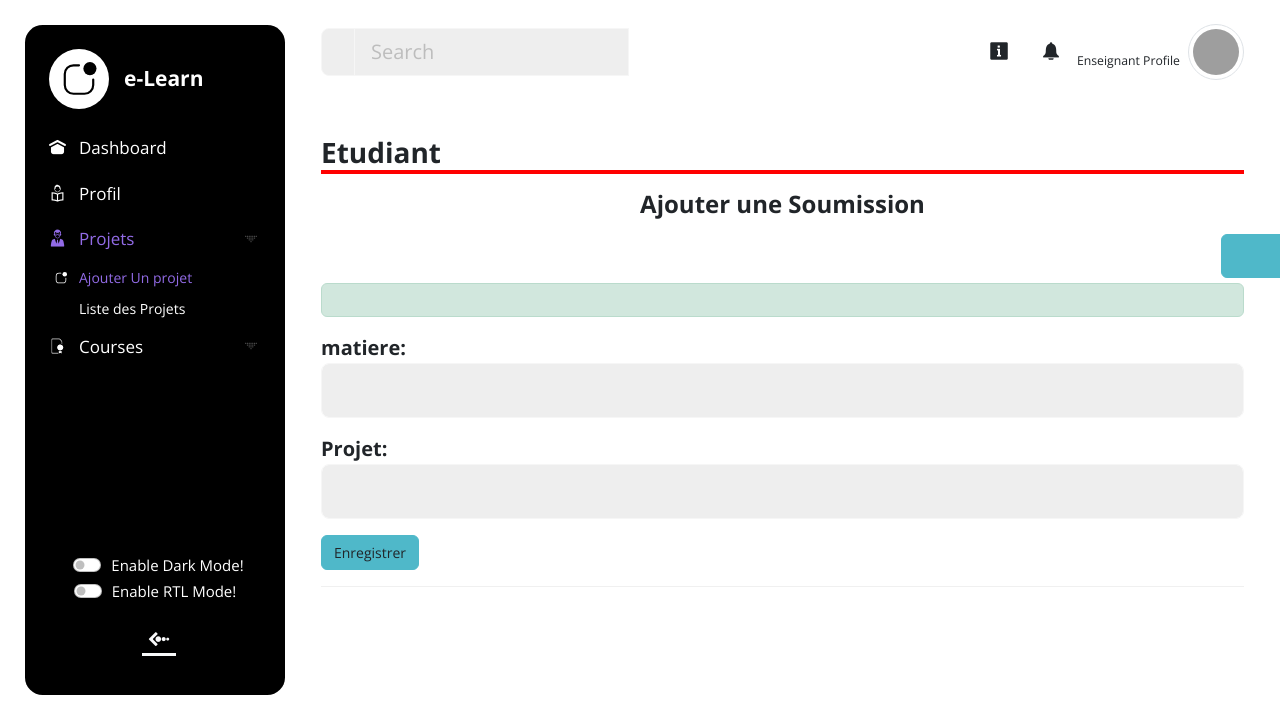
Repository: dimitri0004/Moodle
Page: http://localhost/Etudiant/soumission/ajouter
The author's editor kept a copy of each file at every save. The page is drawn from the files as they stood at one save, then again after the next save.
The browser window is 1280 px wide. The pictures show the whole page.
Pictures or frames that could not be fetched are drawn as grey boxes. Some icons come from a web library that is not loaded, so they are not drawn. The page is served by the project's application, run on Django 4.2 (manage.py). The first stored user is signed in. Other server files are loaded and not shown. The database holds what the project's SQL file puts in it.

Above is the page before, as saved 2023-08-21 04:49:48.
Console error: TypeError: Cannot set properties of null (setting 'innerHTML')

### templates/Etudiant/soumission/ajouter.html
{% extends "base.html" %}
{% block content %}
<!DOCTYPE html>
<html lang="en">
<head>
    <meta charset="UTF-8">
    <title>Soumission du Projet</title>
</head>
<body>
    <div class="body d-flex py-lg-3 py-md-2">
        <div class="container-xxl">
            <div class="row">
                <div class="col-md-12">
                    <div class="card border-0 mb-4 no-bg">
                        <div class="card-header py-3 px-0  align-items-center  justify-content-between border-bottom">
                            <h3 class=" fw-bold flex-fill mb-3" style="border-bottom: 4px solid red; ">Etudiant</h3>
                            <h4 class="fw-bold flex-fill mb-3" style="text-align: center; " >Ajouter une Soumission</h4>
                            <a href="{% url 'liste_projet' %}" style="width: 250px; margin-left:900px;margin-bottom:5px" class="btn btn-info"><strong style="font-size: 20px; ">Listes Projets</a>
                            <p class="alert alert-success">{{ message }}</p>
                            <form method="post"   enctype="multipart/form-data">
                                {% csrf_token %}
                                <div class="col-12">
                                    <div class="mb-2">
                                    {{ form.as_p }}
                                    </div>
                                </div>
                                <button type="submit" class="btn btn-info">Enregistrer</button>
                            </form>
                       </div>
                    </div>
                </div>
            </div>
        </div>
    </div>
</body>
</html>


{% endblock %}

### templates/base.html
{% load static %}
<!DOCTYPE html>
<html lang="en">
<head>
    <meta charset="UTF-8">
    <meta name="viewport" content="width=device-width, initial-scale=1.0">
    <title>Document</title>

    <link rel="icon" href="favicon.ico" type="image/x-icon"> <!-- Favicon-->

    <!-- plugin css file  -->
    <link rel="stylesheet" href="{% static 'assets/css/carousel.min.css' %}" />
    <!-- project css file  -->
    <link rel="stylesheet" href="{% static 'assets/css/e-learn.style.min.css' %}">
    <!-- Google Code  -->
    <script async src="https://www.googletagmanager.com/gtag/js?id=UA-264428387-1"></script>
    <script>
      window.dataLayer = window.dataLayer || [];
      function gtag(){dataLayer.push(arguments);}
      gtag('js', new Date());

      gtag('config', 'UA-264428387-1');
    </script>

    <script src="{% static 'assets/bundles/libscripts.bundle.js' %}"></script>

    <!-- Plugin Js-->
    <script src="{% static 'assets/bundles/carousel.bundle.js' %}"></script>
    <script src="{% static 'assets/bundles/apexcharts.bundle.js' %}"></script>

    <!-- Jquery Page Js -->
    <script src="{% static 'js/template.js' %}"></script>
    <script src="{% static 'js/page/elearn-index.js' %}"></script>
</head>
<body>

    {% if user.is_authenticated %}
      {% if user.role == "Administrateur" %}
        {% include "_partiels/navAdministrateur.html" %}
      {% elif user.role == "Enseignant" %}
        {% include "_partiels/nav.html" %}
      {% else %}
        {% include "_partiels/nav.html" %}
      {% endif %}


    {% endif %}





    {% block content %}{% endblock %}
</body>
</html>

### AppEcole/models.py
from django.db import models
from django.contrib.auth.models import AbstractUser
class User(AbstractUser):
    ETUDIANT= " ETUDIANT"
    ENSEIGNANT="ENSEIGNANT"
    ADMINISTRATEUR=" ADMINISTRATEUR"

    ROLE_CHOICES = (
        (ETUDIANT, 'Etudiant'),
        (ENSEIGNANT, 'Enseignant'),
        (ADMINISTRATEUR, 'Administrateur'),
    )

    role = models.CharField(max_length=30, choices=ROLE_CHOICES, verbose_name='Rôle')
    birthdate = models.DateField(null=True, blank=False)
    identifiant = models.CharField(max_length=20, null=True, blank=False)
    profil = models.ImageField( upload_to='projets', height_field=None, width_field=None, max_length=None, default="12.png", blank=True)

    def __str__(self):
        return self.username

class Devoir(models.Model):

    STATUT_CHOICES = [
        ('en_cours', 'En cours'),
        ('soumis', 'Soumis'),
        ('corrigé', 'Corrige'),
        ('traité', 'Traite'),
        ('archivé', 'Archivé'),
    ]
    intitule=models.CharField(max_length=255)
    matiere=models.CharField(max_length=255)
    statut = models.CharField(max_length=20, choices=STATUT_CHOICES)
    projet = models.FileField(upload_to='projets')


    def __str__(self):
        return self.intitule


# Create your models here.

### Etudiant/forms.py
from django import forms
from .models import Soumission
from AppEcole.models import User

class SoumissionForm(forms.ModelForm):
    matiere = forms.CharField(label='matiere', widget=forms.TextInput(attrs={
        'class': 'form-control form-control-lg'
    }))
    projet = forms.CharField(label='Projet', widget=forms.TextInput(attrs={
        'class': 'form-control form-control-lg'
    }))


    class Meta:
        model = Soumission
        fields = ['matiere', 'projet']
        labels = {
            'matiere': 'matiere',
            'projet': 'projet',

        }

### Etudiant/models.py
from django.db import models
from django.contrib.auth import get_user_model

class Soumission(models.Model):
    matiere = models.CharField(max_length=100)
    user = models.ForeignKey(get_user_model(), on_delete=models.CASCADE)
    projet = models.FileField(upload_to='soumissions/')



    def __str__(self):
        return f"Soumission by {self.user.username} - {self.matiere}"

# Create your models here.

### Etudiant/views.py
from django.shortcuts import render, redirect
from django.contrib.auth.decorators import login_required
from .forms import SoumissionForm  #
from .models import Soumission

from AppEcole.models import Devoir

def liste_Projets(request):
    projets = Devoir.objects.filter(statut='archivé')

    return render(request, 'Etudiant/projet/index.html', {'projets': projets})

@login_required  # This decorator ensures only logged-in users can access this view
def ajouter_soumission(request):
    if request.method == 'POST':
        form = SoumissionForm(request.POST, request.FILES)
        if form.is_valid():
            soumission = form.save(commit=False)  # Create an instance but don't save to the database yet
            soumission.user = request.user  # Associate the logged-in user
            soumission.save()  # Now save the instance with the associated user
            form =SoumissionForm()  # Redirect after successful submission
    else:
        form = SoumissionForm()

    context = {'form': form}
    return render(request, 'Etudiant/soumission/ajouter.html', context)

# Create your views here.

### MoodleProject/urls.py
"""
URL configuration for MoodleProject project.

The `urlpatterns` list routes URLs to views. For more information please see:
    https://docs.djangoproject.com/en/4.2/topics/http/urls/
Examples:
Function views
    1. Add an import:  from my_app import views
    2. Add a URL to urlpatterns:  path('', views.home, name='home')
Class-based views
    1. Add an import:  from other_app.views import Home
    2. Add a URL to urlpatterns:  path('', Home.as_view(), name='home')
Including another URLconf
    1. Import the include() function: from django.urls import include, path
    2. Add a URL to urlpatterns:  path('blog/', include('blog.urls'))
"""
from django.contrib import admin
from django.urls import path,include
from django.conf import settings
from django.conf.urls.static import static


urlpatterns = [
    path('admin/', admin.site.urls),
    path('', include('AppEcole.urls')),
    path('Admin/', include('Administrateur.urls')),
    path('Etudiant/', include('Etudiant.urls')),
]
if settings.DEBUG:
    urlpatterns += static(settings.MEDIA_URL,
    document_root=settings.MEDIA_ROOT)

### AppEcole/urls.py
from django.urls import path
from .views import index, inscription, connexion,ajouter_projet,deconnexion,liste_projets,modifier_projet,supprimer_projet,afficher_profil
urlpatterns = [
    path('acceuil', index, name='acceuil'),
    path('inscription/', inscription, name='register'),
    path('', connexion, name='login'),
    path('deconnexion/', deconnexion, name='logout'),


    path('enseignant/projet/ajouter', ajouter_projet, name='ajouter_projet'),
    path('enseignant/projet/', liste_projets, name='liste_projet'),
    path('enseignant/projet/modifier/<int:id>',modifier_projet, name='modifier_projet'),
    path('enseignant/projet/supprimer/<int:id>',supprimer_projet, name='supprimer_projet'),
    path('enseignant/profil',afficher_profil, name='afficher_profil'),


]

### Administrateur/urls.py
from django.urls import path
from .views import register,liste_utilisateur,modifier_utilisateur,supprimer_utilisateur,liste_cour,ajouter_cour,modifier_cour,supprimer_cour, liste_Enseignant, liste_Etudiant
urlpatterns = [
    path('user/ajouter', register, name='inscription'),
    path('user/', liste_utilisateur, name='liste_utilisateur'),
    path('user/enseignant', liste_Enseignant, name='liste_enseignant'),
    path('user/etudiant', liste_Etudiant, name='liste_etudiant'),
    path('user/modifier/<int:id>',modifier_utilisateur, name='modifier_utilisateur'),
    path('user/supprimer/<int:id>',supprimer_utilisateur, name='supprimer_utilisateur'),
    path('cour/ajouter', ajouter_cour, name='ajouter_cour'),
    path('cour/', liste_cour, name='liste_cour'),
    path('cour/modifier/<int:id>',modifier_cour, name='modifier_cour'),
    path('cour/supprimer/<int:id>',supprimer_cour, name='supprimer_cour'),








]

### Etudiant/urls.py
from django.urls import path
from .views import liste_Projets,ajouter_soumission
urlpatterns = [
    path('projets/', liste_Projets, name='etudiants_projet'),
    path('soumission/ajouter', ajouter_soumission, name='ajouter_soumission'),








]

### static/assets/css/carousel.min.css
.owl-carousel,.owl-carousel .owl-item{-webkit-tap-highlight-color:transparent;position:relative}.owl-carousel{display:none;width:100%;z-index:1}.owl-carousel .owl-stage{position:relative;-ms-touch-action:pan-Y;-moz-backface-visibility:hidden}.owl-carousel .owl-stage:after{content:".";display:block;clear:both;visibility:hidden;line-height:0;height:0}.owl-carousel .owl-stage-outer{position:relative;overflow:hidden;-webkit-transform:translate3d(0, 0, 0)}.owl-carousel .owl-item,.owl-carousel .owl-wrapper{-webkit-backface-visibility:hidden;-moz-backface-visibility:hidden;-ms-backface-visibility:hidden;-webkit-transform:translate3d(0, 0, 0);-moz-transform:translate3d(0, 0, 0);-ms-transform:translate3d(0, 0, 0)}.owl-carousel .owl-item{min-height:1px;float:left;-webkit-backface-visibility:hidden;-webkit-touch-callout:none}.owl-carousel .owl-item img{display:block;width:100%}.owl-carousel .owl-dots.disabled,.owl-carousel .owl-nav.disabled{display:none}.no-js .owl-carousel,.owl-carousel.owl-loaded{display:block}.owl-carousel .owl-dot,.owl-carousel .owl-nav .owl-next,.owl-carousel .owl-nav .owl-prev{cursor:pointer;cursor:hand;-webkit-user-select:none;-khtml-user-select:none;-moz-user-select:none;-ms-user-select:none;user-select:none}.owl-carousel.owl-loading{opacity:0;display:block}.owl-carousel.owl-hidden{opacity:0}.owl-carousel.owl-refresh .owl-item{visibility:hidden}.owl-carousel.owl-drag .owl-item{-webkit-user-select:none;-moz-user-select:none;-ms-user-select:none;user-select:none}.owl-carousel.owl-grab{cursor:move;cursor:grab}.owl-carousel.owl-rtl{direction:rtl}.owl-carousel.owl-rtl .owl-item{float:right}.owl-carousel .animated{animation-duration:1s;animation-fill-mode:both}.owl-carousel .owl-animated-in{z-index:0}.owl-carousel .owl-animated-out{z-index:1}.owl-carousel .fadeOut{animation-name:fadeOut}@keyframes fadeOut{0%{opacity:1}100%{opacity:0}}.owl-height{transition:height .5s ease-in-out}.owl-carousel .owl-item .owl-lazy{opacity:0;transition:opacity .4s ease}.owl-carousel .owl-item img.owl-lazy{transform-style:preserve-3d}.owl-carousel .owl-video-wrapper{position:relative;height:100%;background:#000}.owl-carousel .owl-video-play-icon{position:absolute;height:80px;width:80px;left:50%;top:50%;margin-left:-40px;margin-top:-40px;background:url(owl.video.play.html) no-repeat;cursor:pointer;z-index:1;-webkit-backface-visibility:hidden;transition:transform .1s ease}.owl-carousel .owl-video-play-icon:hover{-ms-transform:scale(1.3, 1.3);transform:scale(1.3, 1.3)}.owl-carousel .owl-video-playing .owl-video-play-icon,.owl-carousel .owl-video-playing .owl-video-tn{display:none}.owl-carousel .owl-video-tn{opacity:0;height:100%;background-position:center center;background-repeat:no-repeat;background-size:contain;transition:opacity .4s ease}.owl-carousel .owl-video-frame{position:relative;z-index:1;height:100%;width:100%}

### moodle.sql (the tables this page reads)
CREATE TABLE `appecole_user` (
  `id` bigint(20) NOT NULL,
  `password` varchar(128) NOT NULL,
  `last_login` datetime(6) DEFAULT NULL,
  `is_superuser` tinyint(1) NOT NULL,
  `username` varchar(150) NOT NULL,
  `first_name` varchar(150) NOT NULL,
  `last_name` varchar(150) NOT NULL,
  `email` varchar(254) NOT NULL,
  `is_staff` tinyint(1) NOT NULL,
  `is_active` tinyint(1) NOT NULL,
  `date_joined` datetime(6) NOT NULL,
  `role` varchar(30) NOT NULL,
  `birthdate` date DEFAULT NULL,
  `identifiant` varchar(20) DEFAULT NULL,
  `profil` varchar(100) NOT NULL
) ENGINE=InnoDB DEFAULT CHARSET=utf8mb4;

INSERT INTO `appecole_user` (`id`, `password`, `last_login`, `is_superuser`, `username`, `first_name`, `last_name`, `email`, `is_staff`, `is_active`, `date_joined`, `role`, `birthdate`, `identifiant`, `profil`) VALUES
(1, 'pbkdf2_sha256$390000$iUlE0cOSgw09U2W8aK5Z6x$upZfpbMSMlbBebJmbwH24W9iJyQ7j249IScJWUpNZng=', '2023-08-20 12:30:55.787012', 1, 'Dimitri', '', '', 'dimitrihodia0@gmail.com', 1, 1, '2023-08-14 23:48:36.523526', '', NULL, NULL, '12.png'),
(8, 'pbkdf2_sha256$390000$8y96QpZnd9eLD1u3zXVrxW$N4QBGGl5ausKnXS0FMo4LEEG3r14qTcJx34v5AZYT38=', '2023-08-21 06:18:55.600830', 0, 'H6', 'HODIA', 'Essotom', 'dimitrihodiaH@gmail.com', 0, 1, '2023-08-15 20:56:28.178571', 'Etudiant', '2023-08-24', '005', '9ddd859d-fb28-4d27-b879-5b210936f2cb.jpg'),
(9, 'pbkdf2_sha256$390000$Cc4G5M1Iwp2A8LHn9JSbJe$2kxAFrXssqjUQVHn8Tt7Vj0WgvDK8gT6mngKH5AgIgw=', '2023-08-18 00:53:41.594568', 0, 'matilda', 'Essotom', 'HODIA', 'dimitrihodia4@gmail.com', 0, 1, '2023-08-18 00:47:35.444193', 'Enseignant', '2023-08-10', '005', '12.png'),
(10, 'pbkdf2_sha256$390000$s5Uf6eKg59oaYjQ2lxGvX5$MdUBHUwvav5htJXNa9LgDr7IX2VNp6kvdPilsJlOrcc=', NULL, 0, 'belinda', 'Essotom', 'HODIA', 'dimitrihodiaBe@gmail.com', 0, 1, '2023-08-18 10:53:24.918251', 'Enseignant', '2023-08-11', '002', '12.png'),
(11, 'pbkdf2_sha256$390000$f9kSRFIFFge1BZiRW1qNia$paACUMxloDPGxyrO9kKlU+YC4A6Sze0jRrPdM0KJMoY=', '2023-08-23 21:53:46.444901', 0, 'Gazelle', 'Essotom', 'HODIA', 'dimitrihodiaG@gmail.com', 0, 1, '2023-08-18 11:07:12.177203', 'Administrateur', '2023-08-11', '005', '12.png'),
(12, 'pbkdf2_sha256$390000$RKNUTbqL2mgcH8PIdwxNe6$FoDe12dH2MoO7YhLkZ3dAK6r842EC4FrnBCN8iqXEcA=', '2023-08-21 07:01:51.065759', 0, 'Badgirl', 'HODIA', 'Essotom', 'dimitrihodiaBa@gmail.com', 0, 1, '2023-08-18 11:13:50.408163', 'Enseignant', '2023-08-03', '005', '9ddd859d-fb28-4d27-b879-5b210936f2cb.jpg'),
(13, 'pbkdf2_sha256$390000$M2jj9UNcc21rFLRJNY0Z1I$iukSQYfu5lRp06jnRn0geRZfZYS3rwKcV0kUp6ISHbs=', NULL, 0, 'OGmeuf', 'Essotom', 'HODIA', 'dimitrihodiaO@gmail.com', 0, 1, '2023-08-19 01:18:58.161863', 'Enseignant', '2023-08-02', '005', '9ddd859d-fb28-4d27-b879-5b210936f2cb.jpg'),
(14, 'pbkdf2_sha256$390000$Q9Zbv0ppnYwRPYpRNKQRGw$xS6Mv4+rHNHYP+ajw2amesDDZNzqb2RwpsmaiWSu57o=', '2023-08-21 23:37:34.832535', 0, 'Abalakoma', 'HODIA', 'Essotom', 'dimitrihodiaAb@gmail.com', 0, 1, '2023-08-20 11:35:01.922322', 'Etudiant', '2023-08-24', '005', '9ddd859d-fb28-4d27-b879-5b210936f2cb.jpg'),
(15, 'pbkdf2_sha256$390000$1smpOFd4IsfyV8SkE7mT2m$UrOUivh2jMoRH6KnJdsqmkSkfhyIH9ltEkmL514qK4k=', NULL, 0, 'o', 'Essotom', 'HODIA', 'dimitrihodia00@gmail.com', 0, 1, '2023-08-20 12:38:26.965338', 'Etudiant', '2023-08-10', '005', '9ddd859d-fb28-4d27-b879-5b210936f2cb.jpg'),
(16, 'pbkdf2_sha256$390000$Y6Mne04LbXZJf3Azd6kPBF$scAXqRn0ekjgwk+1LzZ23RIcHp+piGTSOKXOly4m7wk=', NULL, 0, '2', 'Essotom', 'HODIA', 'dimitrihodia02@gmail.com', 0, 1, '2023-08-20 12:48:17.900248', 'Etudiant', '2023-08-07', '002', 'technology-hacker-4k-pic.jpg'),
(17, 'pbkdf2_sha256$390000$wavJhLHbgomHRF6Ixq0lyE$uNYb2FsreQnAHSXzXeZvzm3NH3EPBDdRwfv0tpGEWUc=', '2023-08-23 09:28:17.943974', 0, '', 'Essotom', 'HODIA', 'dimitrihodia12@gmail.com', 0, 1, '2023-08-23 09:28:00.080187', 'Administrateur', '2023-08-12', 'admin', '9ddd859d-fb28-4d27-b879-5b210936f2cb.jpg');

ALTER TABLE `appecole_user`
  ADD PRIMARY KEY (`id`),
  ADD UNIQUE KEY `username` (`username`);

ALTER TABLE `appecole_user`
  MODIFY `id` bigint(20) NOT NULL AUTO_INCREMENT, AUTO_INCREMENT=18;

Loaded but not shown: static/assets/css/e-learn.style.min.css (library); static/assets/bundles/libscripts.bundle.js (library); static/assets/bundles/carousel.bundle.js (library); static/assets/bundles/apexcharts.bundle.js (library); static/assets/images/logo-icon-white.svg (4 lines, source omitted); static/js/page/elearn-index.js (164 lines, source omitted); static/js/template.js (106 lines, source omitted); templates/_partiels/nav.html (201 lines, source omitted)

After the next save:
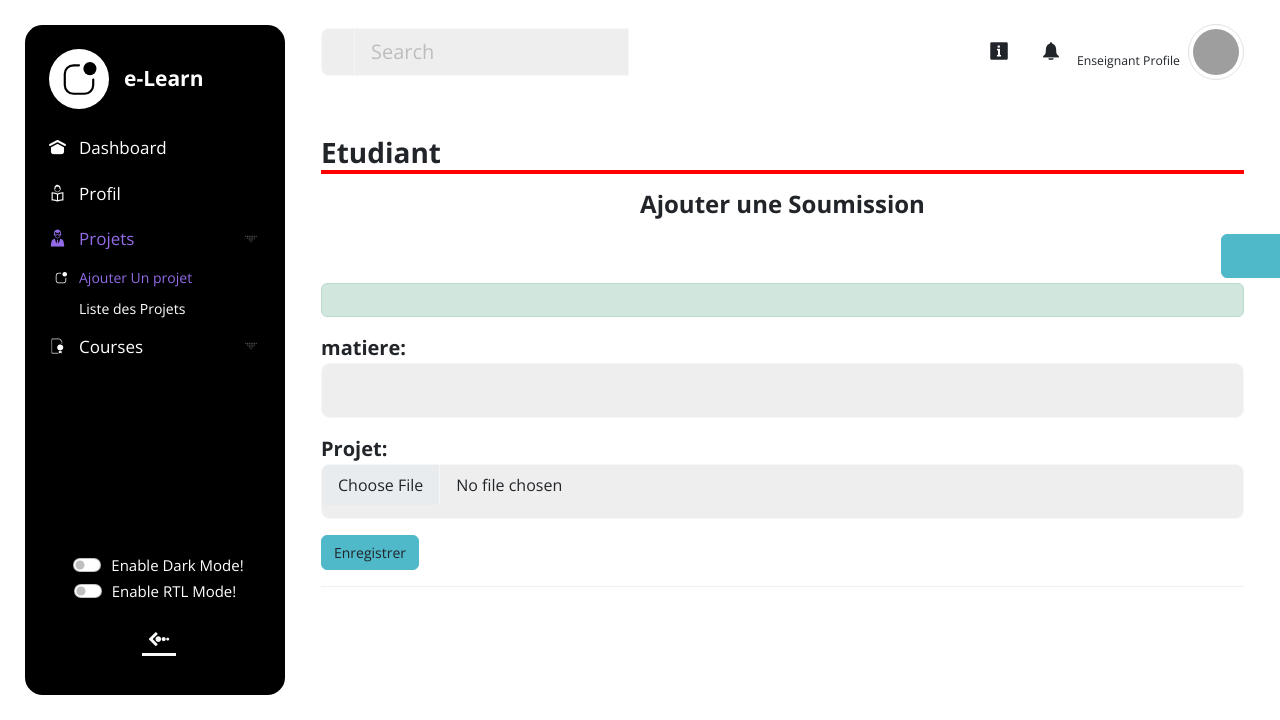
Saved 64 s later.
--- a/Etudiant/forms.py
+++ b/Etudiant/forms.py
@@ -6,7 +6,7 @@ class SoumissionForm(forms.ModelForm):
     matiere = forms.CharField(label='matiere', widget=forms.TextInput(attrs={
         'class': 'form-control form-control-lg'
     }))
-    projet = forms.CharField(label='Projet', widget=forms.TextInput(attrs={
+    projet = forms.CharField(label='Projet', widget=forms.FileInput(attrs={
         'class': 'form-control form-control-lg'
     }))
 
